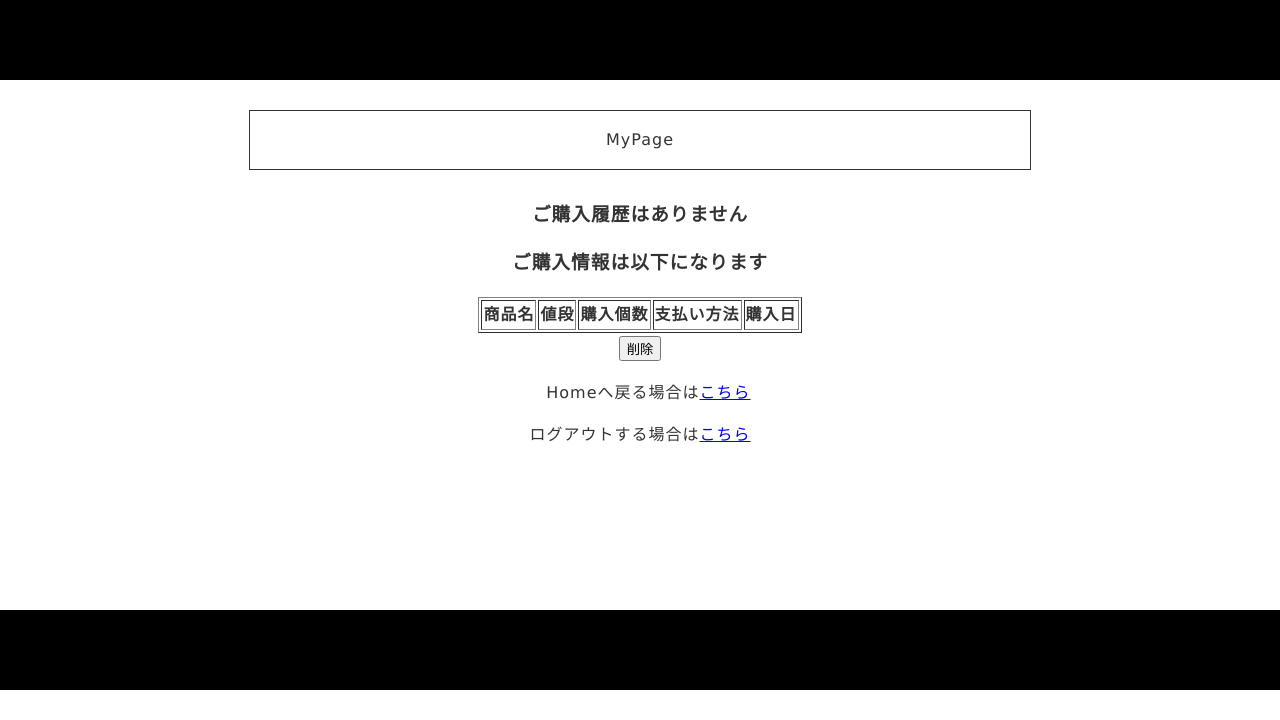
Repository: kousuke-2047/test
Page: http://localhost/ecsite/myPage.jsp
An editor plug-in stored every save of this project. The page is shown before and after the next save, followed by the edit.
The browser window is 1280 px wide. The pictures show the whole page.
The page is served by Tomcat 9. Other server files are loaded and not shown.

Above is the page before, as saved 2018-06-11 06:33:59.

### ecsite/WebContent/myPage.jsp
<%@ page language="java" contentType="text/html; charset=UTF-8"
    pageEncoding="UTF-8"%>
<%@ taglib prefix ="s" uri="/struts-tags" %>
<!DOCTYPE html>
<html>
<head>
	<meta http-equiv="Content-Type" content="text/html; charset=UTF-8">
	<meta http-equiv="Content-Style-Type" content="text/css"/>
	<meta http-equiv="Content-Script-Type" content= "text/javascript" />
	<meta http-equiv="imagetoolbar" content= "no" />
	<meta name = "description" content="" />
	<meta name="keywords" content="" />
<title>MyPage画面</title>
<style type = "text/css">
	body{
	margin:0;
	padding:0;
	line-height:1.6;
	letter-spacing:1px;
	font-family:Verdana,Helvetica,sans-serif;
	color:#333;
	background:#fff;
	}
	table{
	text-align:center;
	margin:0 auto;
	}
	#top{
	width:780px;
	margin:30px auto;
	border:1px solid #333;
	}
	#header{
	width:100%;
	height:80px;
	background-color:black;
	}
	#main{
	width:100%;
	height:500px;
	text-align:center;
	}
	#footer{
	width:100%;
	height:80px;
	background-color:black;
	clear:both;
	}
	#text-right{
	display:inline-block;
	text-align:right;
	}
</style>
</head>
<body>

	<div id ="header">
	</div>
	<div id ="main">
		<div id ="top">
		<p>MyPage</p>
		</div>
		<div><s:if test="myPageList == null">
			<h3>ご購入履歴はありません</h3>
			</s:if>
			<s:elseif test="message ==null">
			<h3>ご購入情報は以下になります</h3>
				<table border="1">
				<tr>
					<th>商品名</th>
					<th>値段</th>
					<th>購入個数</th>
					<th>支払い方法</th>
					<th>購入日</th>
				</tr>
				<s:iterator value = "myPageList">
				<tr>
					<td><s:property value = "itemName"/></td>
					<td><s:property value = "totalPrice"/></td>
					<td><s:property value = "totalCount"/></td>
					<td><s:property value = "payment"/></td>
					<td><s:property value = "insert_date"/></td>
				</tr>
				</s:iterator>
				</table>
				<s:form action="MyPageAction">
					<input type = "hidden" name= "deleteFlg" value="1">
					<s:submit value = "削除" method = "delete"/>
				</s:form>
			</s:elseif>
			<s:if test="message ==null">
			<h3>ご購入情報は以下になります</h3>
				<table border="1">
				<tr>
					<th>商品名</th>
					<th>値段</th>
					<th>購入個数</th>
					<th>支払い方法</th>
					<th>購入日</th>
				</tr>
				<s:iterator value = "myPageList">
				<tr>
					<td><s:property value = "itemName"/></td>
					<td><s:property value = "totalPrice"/></td>
					<td><s:property value = "totalCount"/></td>
					<td><s:property value = "payment"/></td>
					<td><s:property value = "insert_date"/></td>
				</tr>
				</s:iterator>
				</table>
				<s:form action="MyPageAction">
					<input type = "hidden" name= "deleteFlg" value="1">
					<s:submit value = "削除" method = "delete"/>
				</s:form>
			</s:if>
			<s:if test="message !=null">
				<h3><s:property value = "message"/></h3>
			</s:if>
			<div id = "text-right">
			<p>Homeへ戻る場合は<a href='<s:url action ="GoHomeAction"/>'>こちら</a></p>
			<p>ログアウトする場合は<a href='<s:url action = "LogoutAction"/>'>こちら</a></p>
			</div>
		</div>
	</div>
	<div id = "footer">
	</div>

</body>
</html>

After the next save:
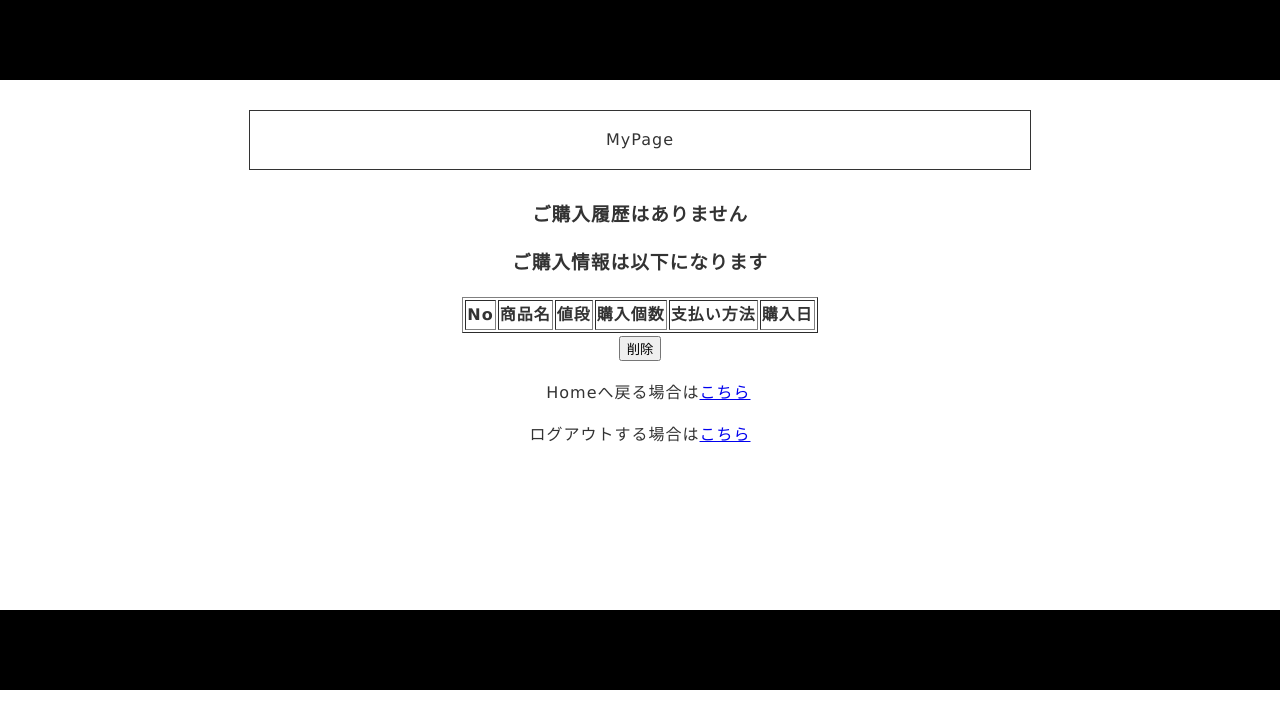
Saved 16 min 43 s later.
--- a/ecsite/WebContent/myPage.jsp
+++ b/ecsite/WebContent/myPage.jsp
@@ -75,6 +75,7 @@
 				</tr>
 				<s:iterator value = "myPageList">
 				<tr>
+
 					<td><s:property value = "itemName"/></td>
 					<td><s:property value = "totalPrice"/></td>
 					<td><s:property value = "totalCount"/></td>
@@ -92,6 +93,7 @@
 			<h3>ご購入情報は以下になります</h3>
 				<table border="1">
 				<tr>
+					<th>No</th>
 					<th>商品名</th>
 					<th>値段</th>
 					<th>購入個数</th>
@@ -100,6 +102,8 @@
 				</tr>
 				<s:iterator value = "myPageList">
 				<tr>
+					<td><input type = "checkbox" name ="deleteh" value="<s:property value='id'/>"/>
+					<s:property value = "id"/></td>
 					<td><s:property value = "itemName"/></td>
 					<td><s:property value = "totalPrice"/></td>
 					<td><s:property value = "totalCount"/></td>
